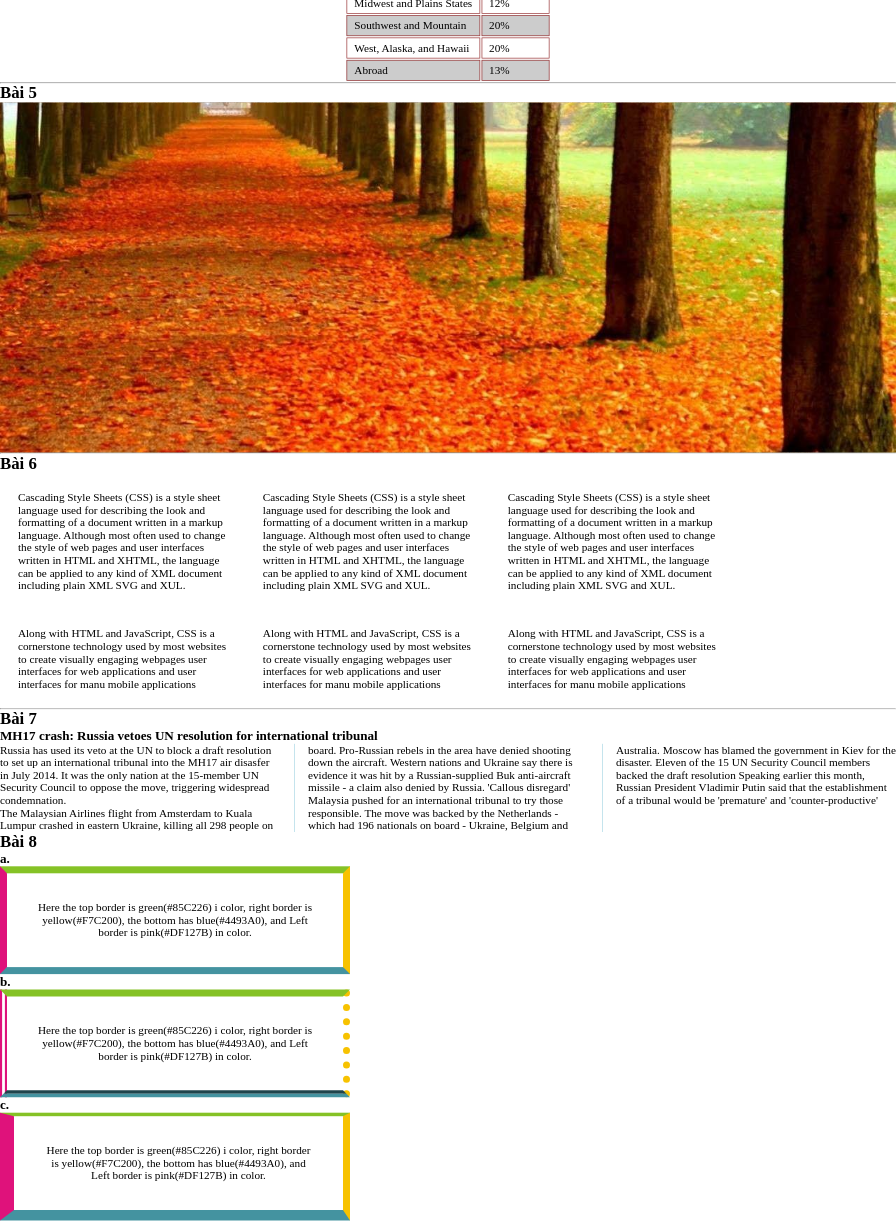
Repository: hoangnguyen1903/STT_21084321_NguyenHuyHoang_DHKHMT17B
Page: html/index.html
These files come from the project's save history. The page is drawn as it stood at one moment and after the next save; the edit follows.
The browser window is 1280 px wide. The pictures show the part of the page from y = 1311 to 3231 px (the page is 3055 px tall before and 3231 px after), at 70% of full size.

Above is the page before, as saved 2023-03-03 14:42:53.

After the next save:
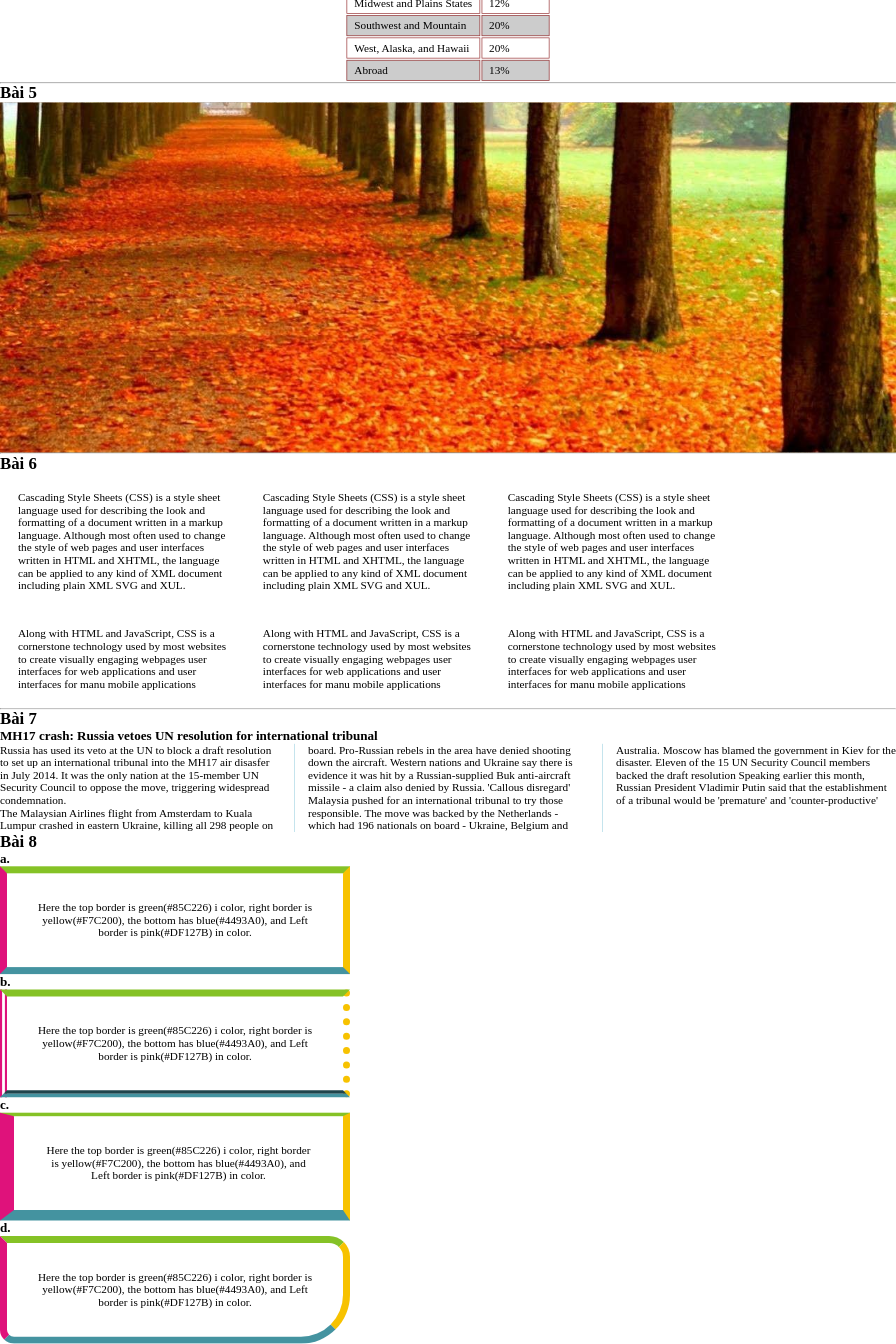
Saved 96 s later.
--- a/html/index.html
+++ b/html/index.html
@@ -119,6 +119,16 @@
         border-width: 5px 10px 15px 20px;
         border-style: solid;
         border-color: #85c226 #f7c200 #4493a0 #df127b;
+      }
+
+      #bai8 > .bai8d {
+        width: 500px;
+        padding: 40px;
+        text-align: center;
+        border-width: 10px;
+        border-style: solid;
+        border-color: #85c226 #f7c200 #4493a0 #df127b;
+        border-radius: 0px 30px 70px 20px;
       }
     </style>
   </head>
@@ -563,6 +573,12 @@
         yellow(#F7C200), the bottom has blue(#4493A0), and Left border is
         pink(#DF127B) in color.
       </div>
+      <h3><b>d.</b></h3>
+      <div class="bai8d">
+        Here the top border is green(#85C226) i color, right border is
+        yellow(#F7C200), the bottom has blue(#4493A0), and Left border is
+        pink(#DF127B) in color.
+      </div>
     </div>
   </body>
 </html>
